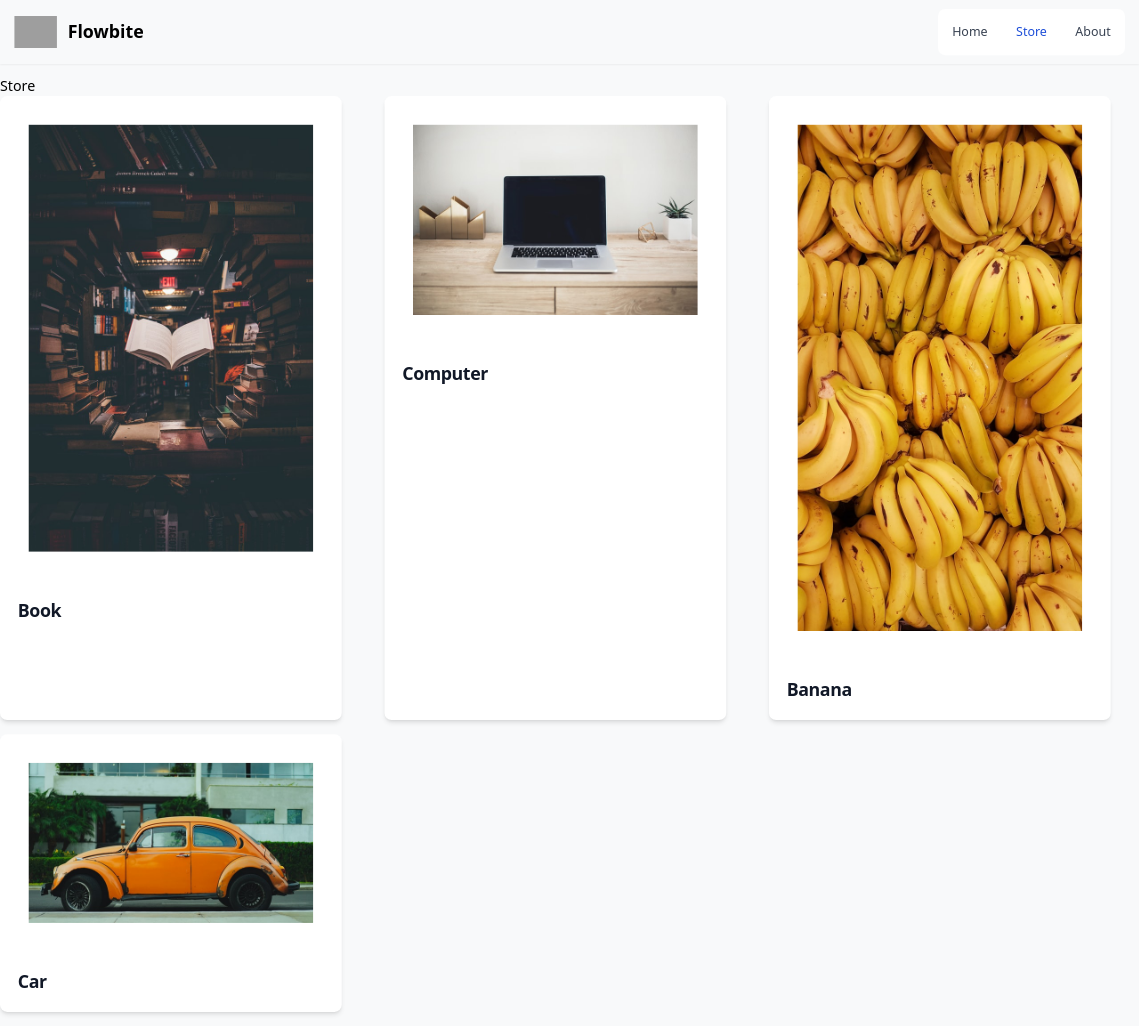
Repository: ducanhaep/react-ts-shopping-cart
Page: /store
An editor plug-in stored every save of this project. The page is shown before and after the next save, followed by the edit.
The browser window is 1280 px wide. The pictures show the whole page, at 89% of full size.
Pictures or frames that could not be fetched are drawn as grey boxes. The project was rebuilt for these pictures with package versions that can differ from the ones it lists, and the page was loaded fresh each time. Also part of the build but not shown: vite.config.ts, src/pages/About.js, src/pages/Home.js.

Above is the page before, as saved 2023-01-11 19:17:41.

After the next save:
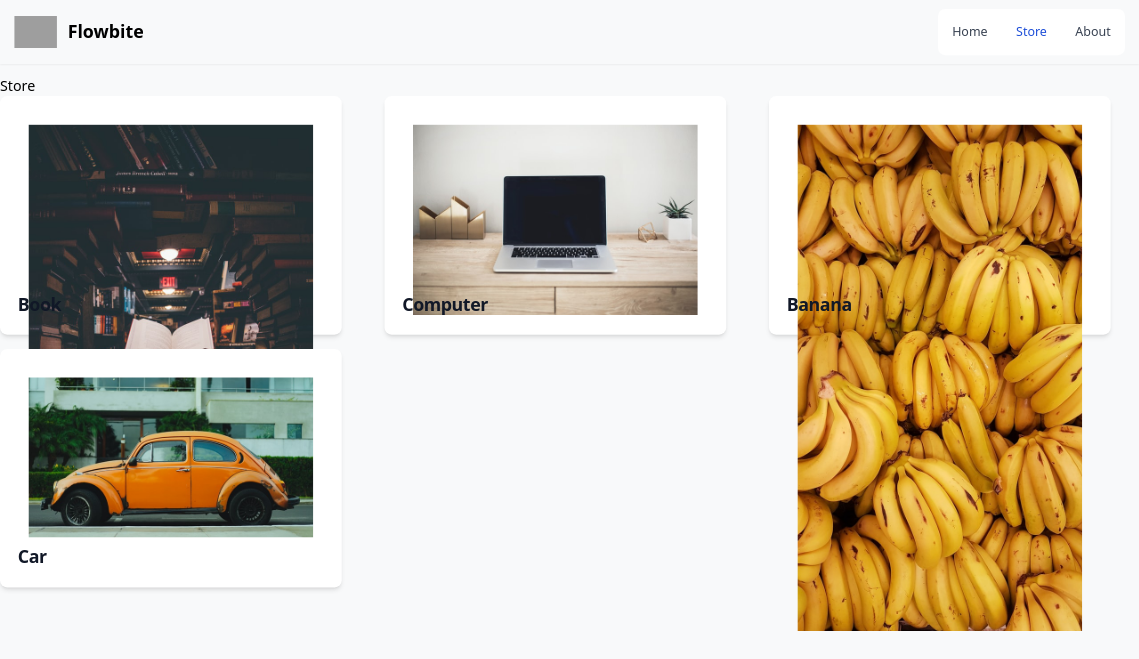
Saved 64 s later.
--- a/src/components/StoreItem.tsx
+++ b/src/components/StoreItem.tsx
@@ -9,13 +9,15 @@ interface StoreItemProps {
 export function StoreItem({ id, name, price, imgUrl }: StoreItemProps) {
   return (
     <div className="w-full max-w-sm bg-white rounded-lg shadow-md">
-      <Link to="#" className=" h-[200px]">
-        <img
-          src={imgUrl}
-          alt="imgUrl"
-          className="rounded-t-lg p-8 object-cover"
-        />
-      </Link>
+      <div className="h-[200px]">
+        <Link to="#">
+          <img
+            src={imgUrl}
+            alt="imgUrl"
+            className="rounded-t-lg p-8 object-cover"
+          />
+        </Link>
+      </div>
       <div className="px-5 py-5">
         <Link to="#">
           <h5 className="text-xl font-semibold tracking-tight text-gray-900">
